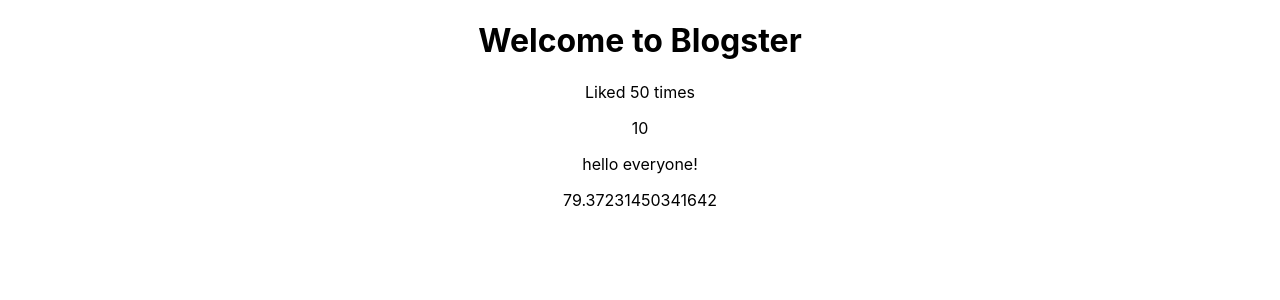
Repository: anuragkej/blogster
Page: /
These files come from the project's save history. The page is drawn as it stood at one moment and after the next save; the edit follows.
The browser window is 1280 px wide. The pictures show the whole page.
The project was rebuilt for these pictures with package versions that can differ from the ones it lists, and the page was loaded fresh each time.

Above is the page before, as saved 2024-08-20 01:03:26.

After the next save:
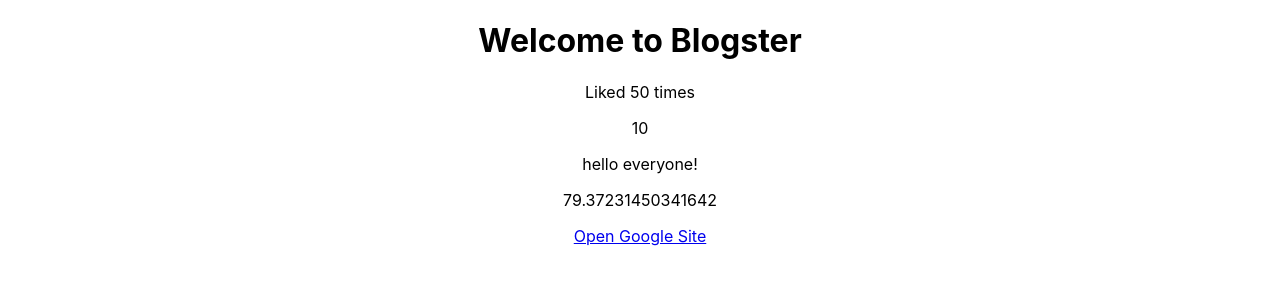
Saved 11 s later.
--- a/src/App.js
+++ b/src/App.js
@@ -16,7 +16,7 @@ function App() {
         <p>{"hello everyone!"}</p>
         <p>{Math.random() * 100}</p>
 
-        <a href={link}></a>
+        <a href={link}>Open Google Site</a>
       </div>
     </div>
   );
